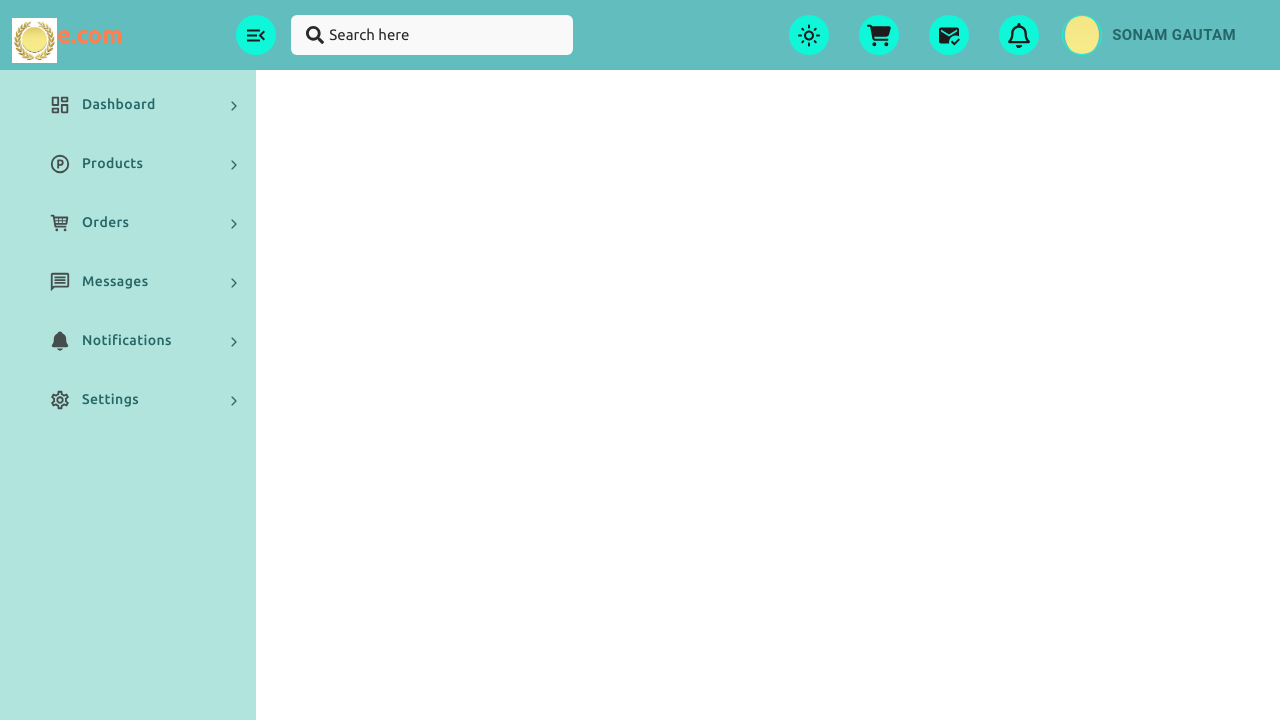
Repository: gautamsonam011/admin-react-dashboard
Page: /
The author's editor kept a copy of each file at every save. The page is drawn from the files as they stood at one save, then again after the next save.
The browser window is 1280 px wide. The pictures show the whole page.
The project was rebuilt for these pictures with package versions that can differ from the ones it lists, and the page was loaded fresh each time.

Above is the page before, as saved 2025-04-15 15:36:24.

After the next save:
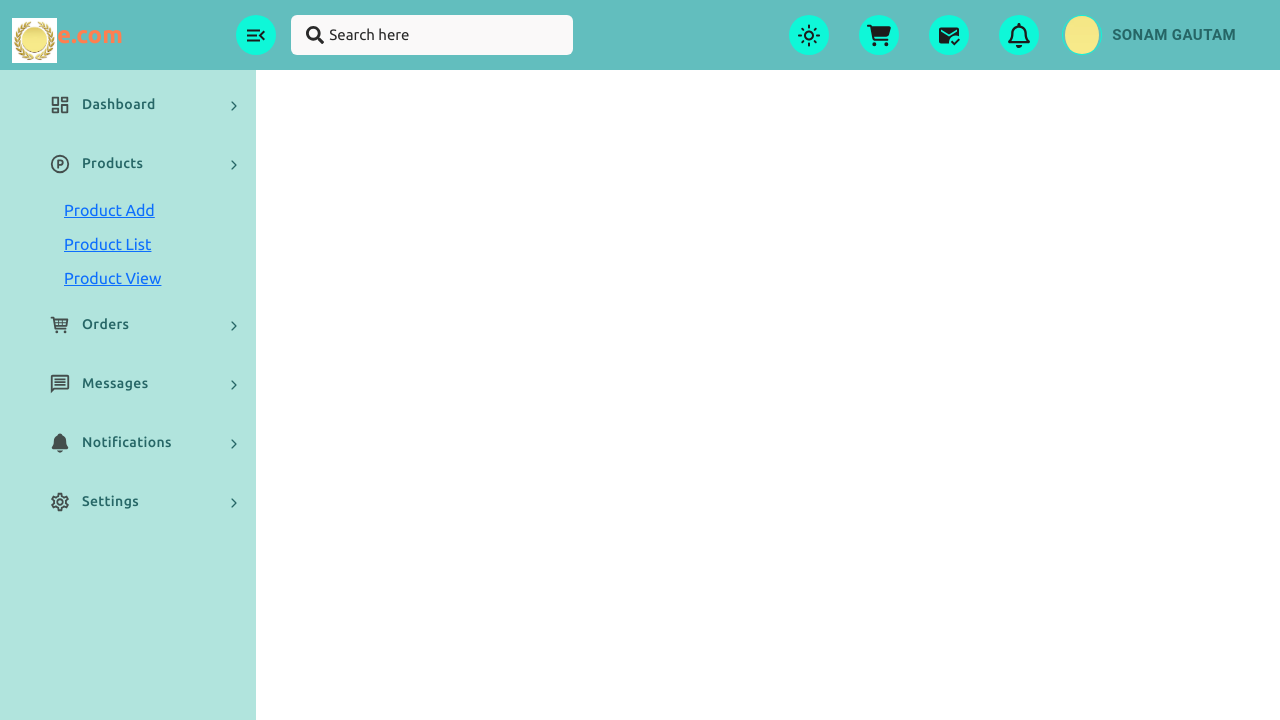
Saved 3 min 37 s later.
--- a/src/components/Sidebar/index.jsx
+++ b/src/components/Sidebar/index.jsx
@@ -23,13 +23,16 @@ const Sidebar = () =>{
                     </Link>
                 </li>
                 <li>
-                    <Link to="/">
                     <Button className="w-100">
                         <span className='icon'><TbBrandProducthunt/></span>
                         Products
                         <span className="arrow"><IoIosArrowForward/></span>
                     </Button>
-                    </Link>
+                    <ul className='submenu'>
+                        <li><Link to="#">Product Add</Link></li>
+                        <li><Link to="#">Product List</Link></li>
+                        <li><Link to="#">Product View</Link></li>
+                    </ul>
                 </li>
                 <li>
                     <Link to="/">
